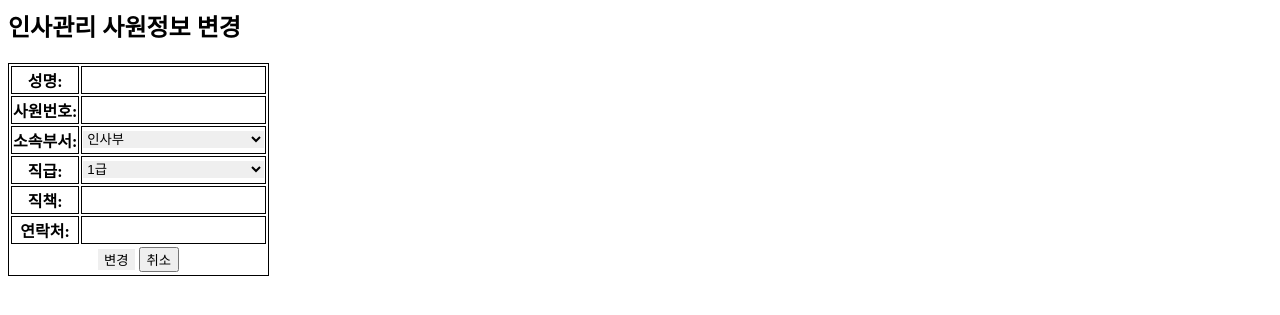
Repository: guguping/finalTestStudy
Page: http://localhost/test1/updateMemberForm.jsp
The author's editor kept a copy of each file at every save. The page is drawn from the files as they stood at one save, then again after the next save.
The browser window is 1280 px wide. The pictures show the whole page.
The page is served by Tomcat 9.

Above is the page before, as saved 2023-07-28 04:33:46.

After the next save:
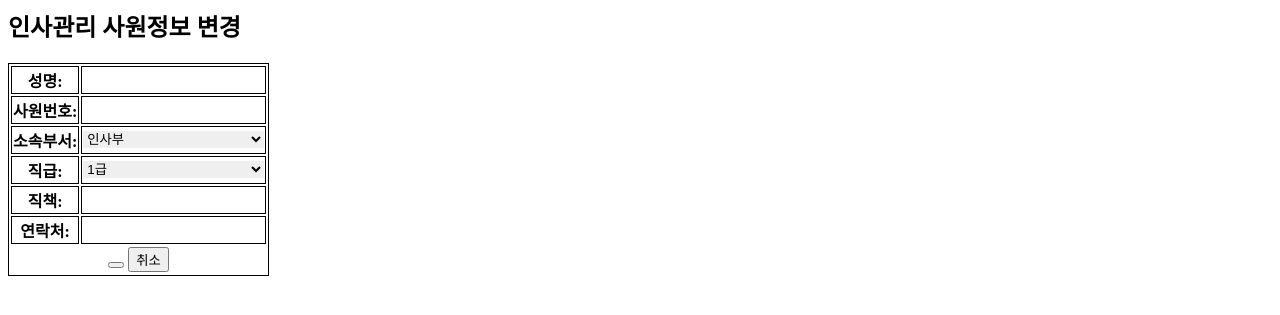
Saved 39 s later.
--- a/test1/src/main/webapp/updateMemberForm.jsp
+++ b/test1/src/main/webapp/updateMemberForm.jsp
@@ -61,7 +61,7 @@
 		</tr>
 		<tr>
         	<td colspan = "2">
-        	<input type="submit" value="변경">
+        	<button type="submit" value="변경"></button>
         	<button type="button" onclick="location.href='index.jsp'">취소</button>
         	</td>
         </tr>
